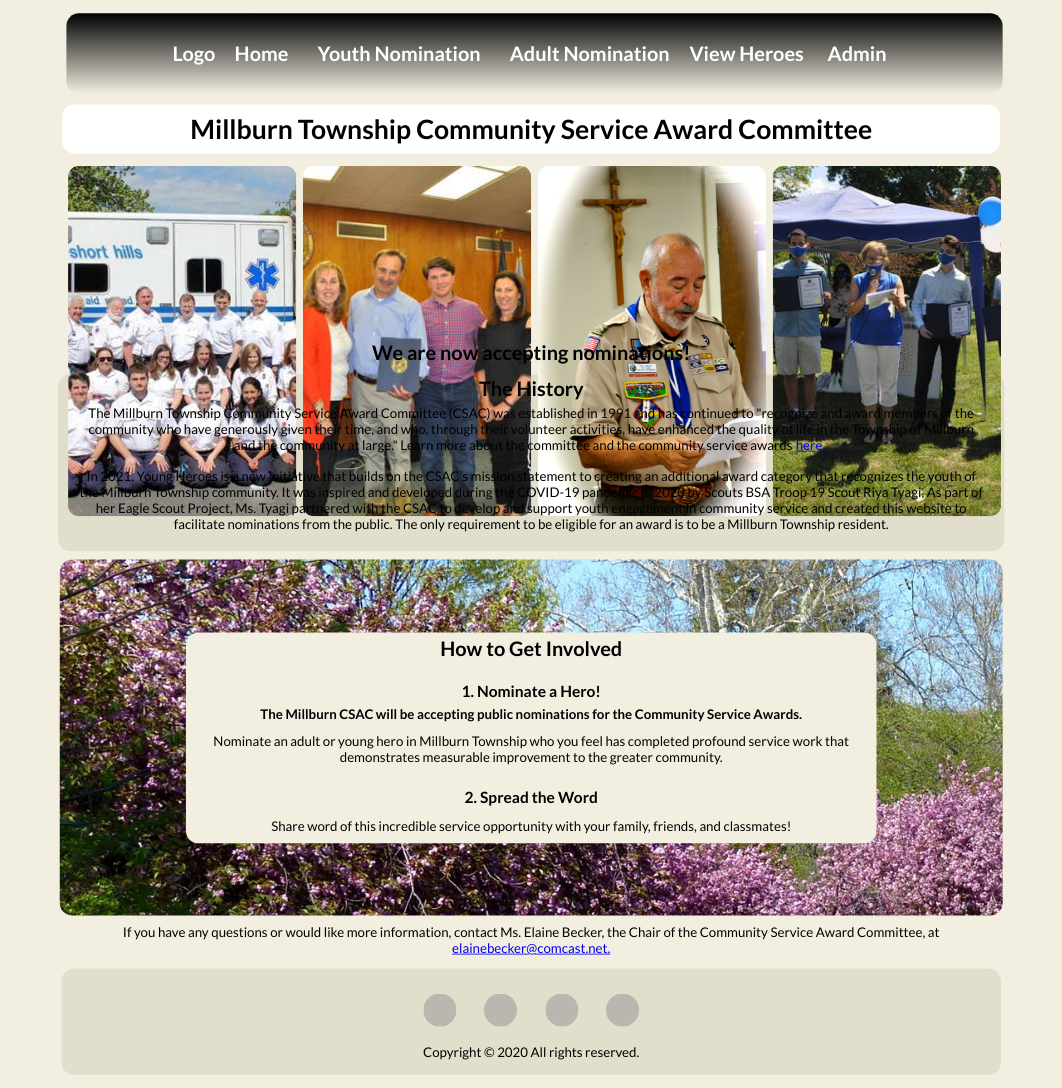
Repository: Centrattic/Young-Heroes-Website
Page: http://localhost/Frontend/home.php
An editor plug-in stored every save of this project. The page is shown before and after the next save, followed by the edit.
The browser window is 1280 px wide. The pictures show the whole page, at 83% of full size.
Pictures or frames that could not be fetched are drawn as grey boxes. The page is run by PHP 8.4 with error messages shown; the project is at /var/www/html/.

Above is the page before, as saved 2020-12-09 15:52:02.

After the next save:
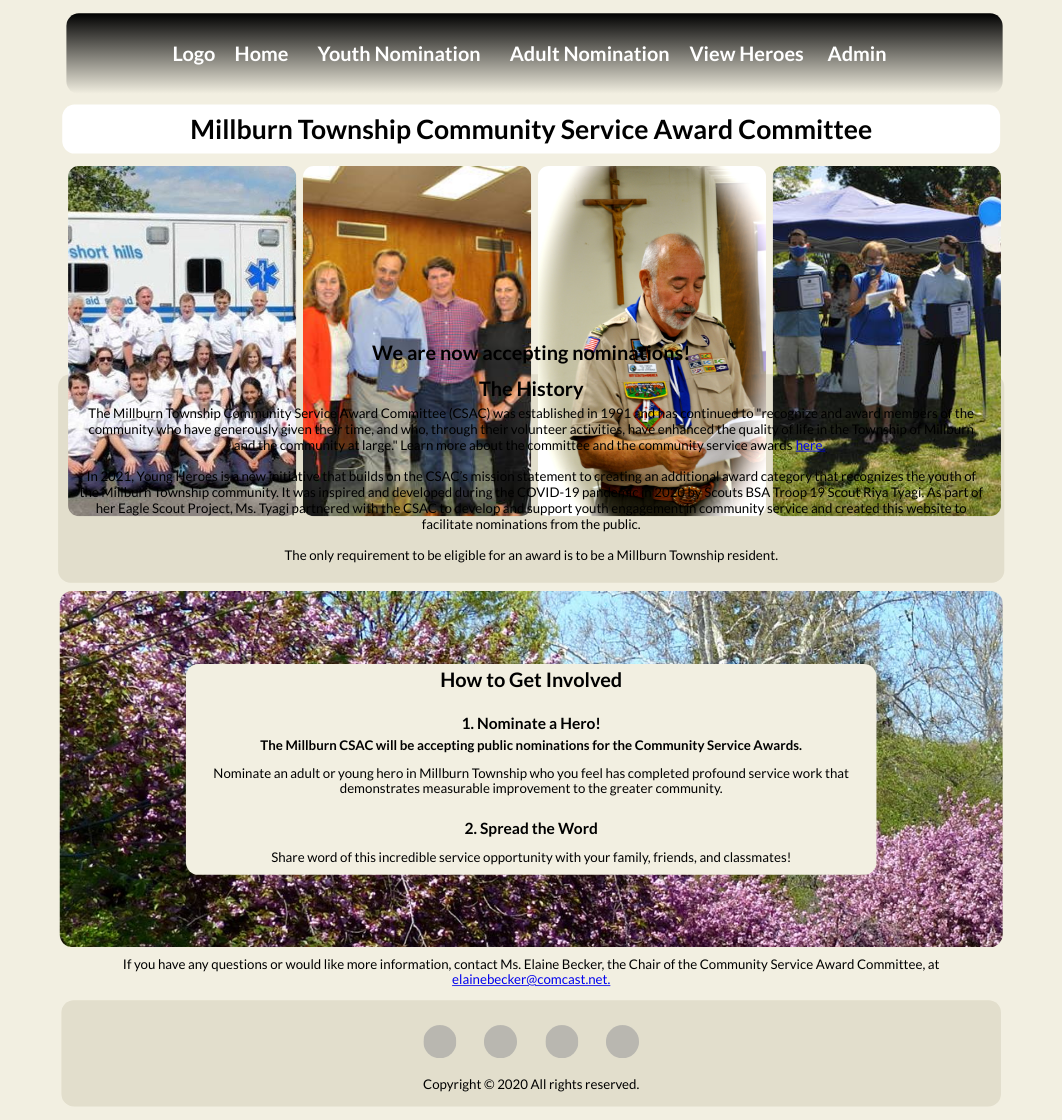
Saved 11 s later.
--- a/Eagle Project/Frontend/home.php
+++ b/Eagle Project/Frontend/home.php
@@ -92,7 +92,7 @@ require '../Backend/dbhconnect.php';
         Learn more about the committee and the community service awards<a href = "https://twp.millburn.nj.us/188/Community-Service-Award-Committee">here.</a>
         <br> <br>In 2021, Young Heroes is a new initiative that builds on the CSAC’s mission statement to creating an additional award category that recognizes the youth of the Millburn Township community.
          It was inspired and developed during the COVID-19 pandemic in 2020 by Scouts BSA Troop 19 Scout Riya Tyagi. As part of her Eagle Scout Project, Ms. Tyagi partnered with the CSAC to develop and support
-          youth engagement in community service and created this website to facilitate nominations from the public. The only requirement to be eligible for an award is to be a Millburn Township resident.
+          youth engagement in community service and created this website to facilitate nominations from the public. <br> <br> The only requirement to be eligible for an award is to be a Millburn Township resident.
       </p>
     </div>
 
